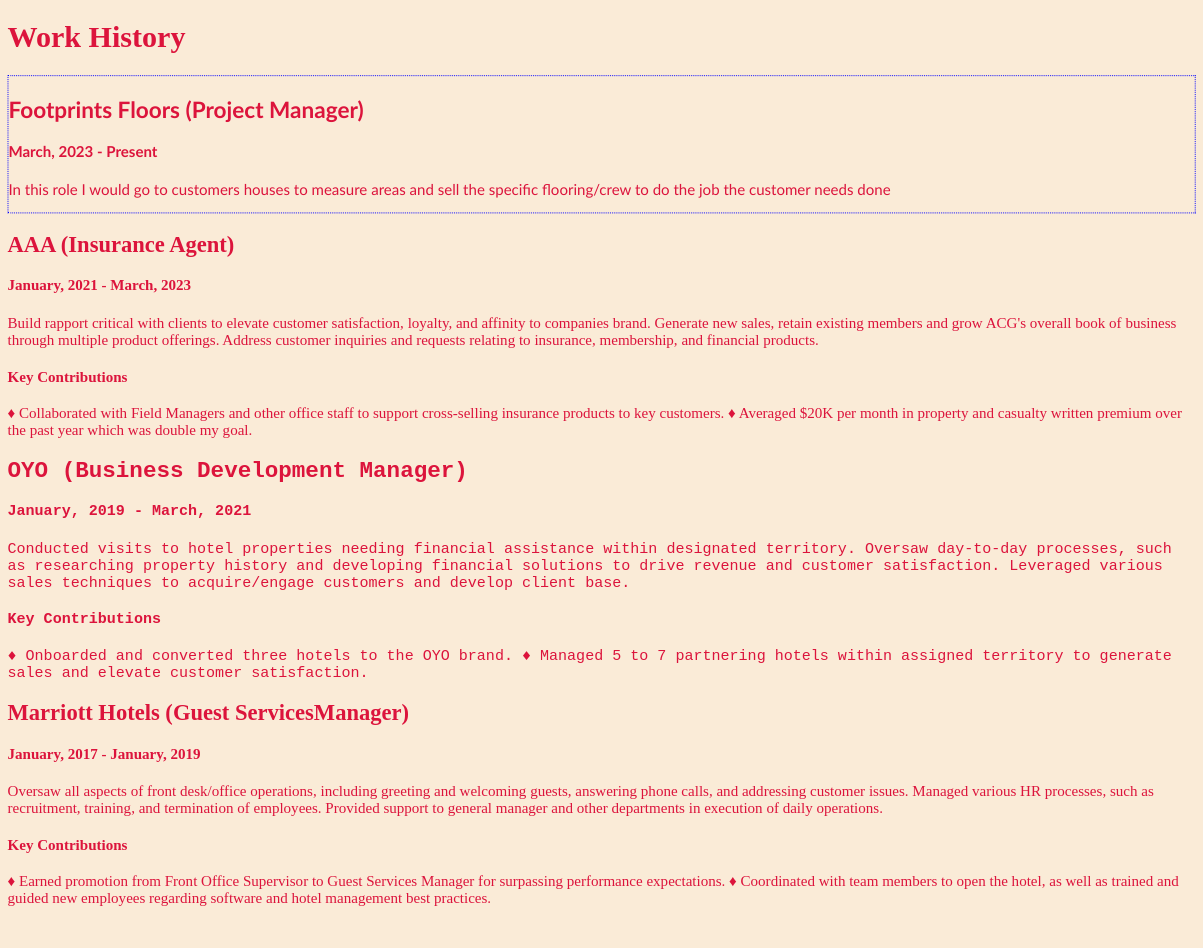
Repository: TEazy2433/LAB-HTML-Resume
Page: index.html
An editor plug-in stored every save of this project. The page is shown before and after the next save, followed by the edit.
The browser window is 1280 px wide. The pictures show the whole page, at 94% of full size.

Above is the page before, as saved 2023-10-11 20:30:44.

### index.html
<!DOCTYPE html>
<html lang="en">
<head>
  <meta charset="UTF-8">
  <meta name="viewport" content="width=device-width, initial-scale=1.0">
  <title>Resume</title>
  <link rel="stylesheet" href="main.css">
  </head>
  <body>

  <script src="main.js"></script>
  </body>
  </html><html></html>
    </head>
      <title>Work History</title>
    </head>
    <body>
      <h1>Work History</h1>
      <article id="articleOne">
        <h2>Footprints Floors (Project Manager)</h2>
        <h4>March, 2023 - Present</h4>
        <section>
          <p>In this role I would go to customers houses to measure areas and sell the specific flooring/crew to do the job the customer needs done</p>
        </section>
      </article>

      <article id="articleTwo">
        <h2>AAA (Insurance Agent)</h2>
        <h4>January, 2021 - March, 2023</h4>
        <section>
          <p>Build rapport critical with clients to elevate customer satisfaction, loyalty, and affinity to companies brand. Generate new sales, retain existing members and grow ACG's overall book of business through multiple product offerings. Address customer inquiries and requests relating to insurance, membership, and financial products.</p>

          <h4>Key Contributions</h4>
          <P>♦ Collaborated with Field Managers and other office staff to support cross-selling insurance products to key customers.
            ♦ Averaged $20K per month in property and casualty written premium over the past year which was double my goal.</P>
        </section>
      </article>

      <article id="articleThree">
        <h2>OYO (Business Development Manager)</h2>
        <h4>January, 2019 - March, 2021</h4>
        <section>
          <p>Conducted visits to hotel properties needing financial assistance within designated territory. Oversaw day-to-day processes, such as researching property history and developing financial solutions to drive revenue and customer satisfaction. Leveraged various sales techniques to acquire/engage customers and develop client base.</p>

          <h4>Key Contributions</h4>
          <P>♦ Onboarded and converted three hotels to the OYO brand.
            ♦ Managed 5 to 7 partnering hotels within assigned territory to generate sales and elevate customer satisfaction.</P>
        </section>
      </article>

      <article id="articleFour">
        <h2>Marriott Hotels (Guest ServicesManager)</h2>
        <h4>January, 2017 - January, 2019</h4>
        <section>
          <p>Oversaw all aspects of front desk/office operations, including greeting and welcoming guests, answering phone calls, and addressing customer issues. Managed various HR processes, such as recruitment, training, and termination of employees. Provided support to general manager and other departments in execution of daily operations.</p>

          <h4>Key Contributions</h4>
          <P>♦ Earned promotion from Front Office Supervisor to Guest Services Manager for surpassing performance expectations.
            ♦ Coordinated with team members to open the hotel, as well as trained and guided new employees regarding software
            and hotel management best practices.</P>
        </section>
      </article>


    </body>

### main.css
body{
  background-color: antiquewhite;
}

h1{
  color: crimson;

}

h2{
  color: crimson;
}

p{
  color:crimson
}

h4{
  color:crimson
}

h5{
  color: crimson
}

#articleOne{
  font-family: 'Gill Sans', 'Gill Sans MT', Calibri, 'Trebuchet MS', sans-serif;
  border: 1px dotted blue
}

#articleTwo{
  font-family: cursive;
}

#articleThree{
  font-family: 'Courier New', Courier, monospace;
}

#articleFour{
  font-family: fantasy;
}

### main.js
console.log("Resume");

After the next save:
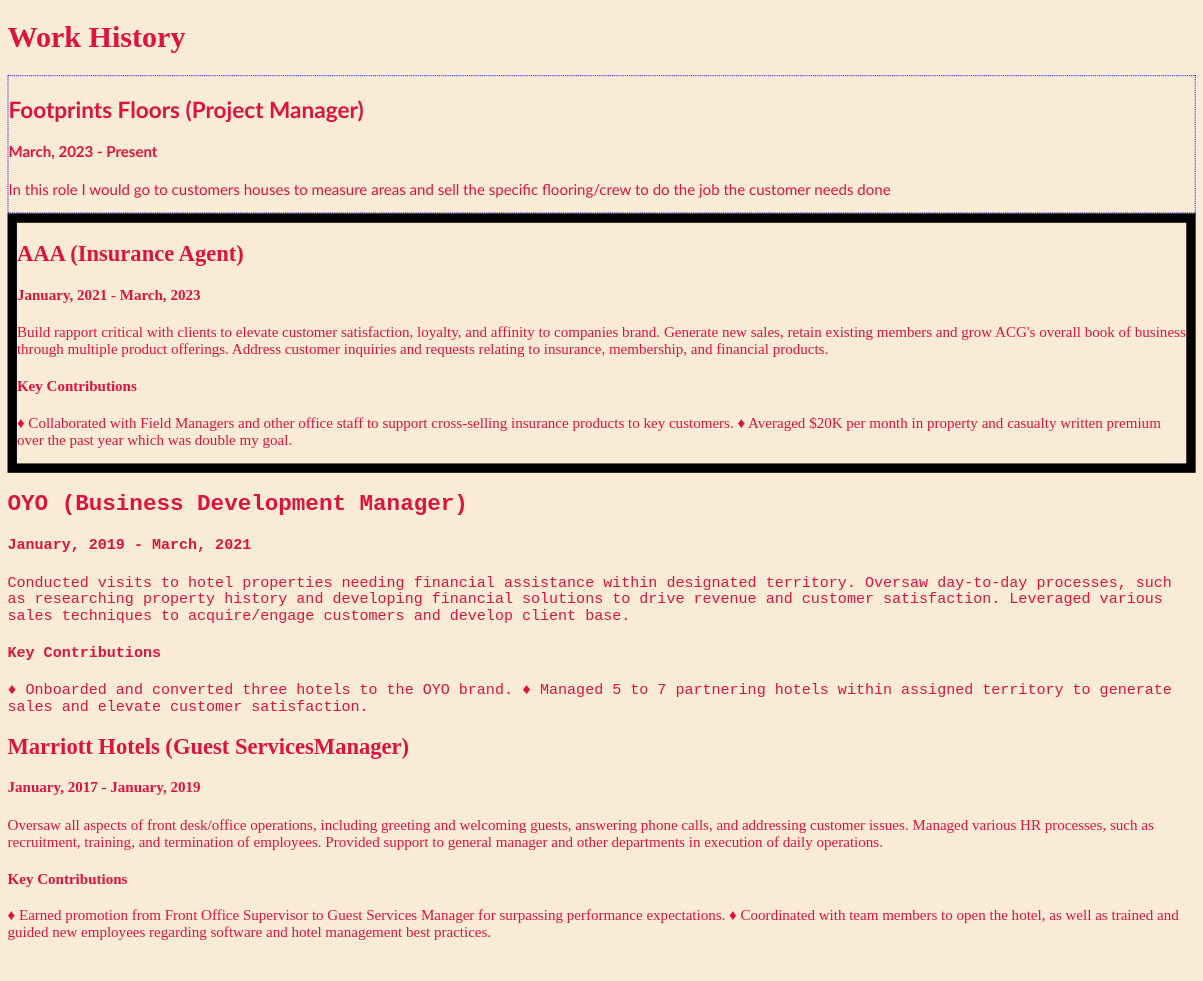
Saved 93 s later.
--- a/main.css
+++ b/main.css
@@ -30,6 +30,7 @@
 
 #articleTwo{
   font-family: cursive;
+  border: 10px solid
 }
 
 #articleThree{
